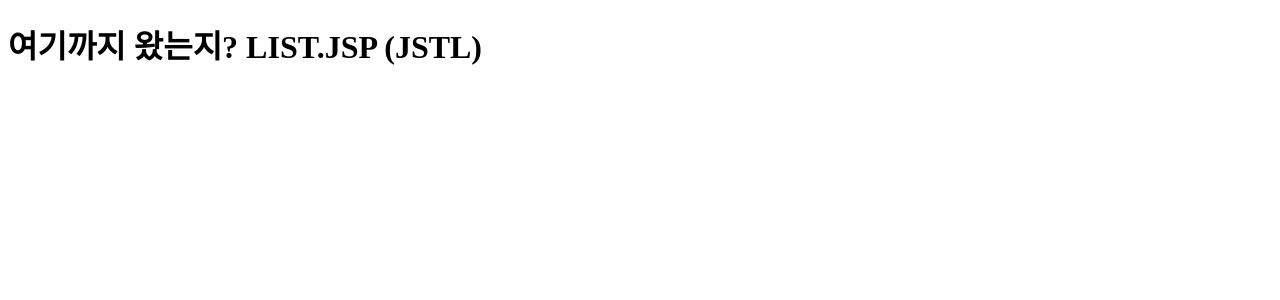
Repository: kvmhyvmvn/Study_JspServlet
Page: http://localhost/05.Mybatis/jstl/list.jsp
An editor plug-in stored every save of this project. The page is shown before and after the next save, followed by the edit.
The browser window is 1280 px wide. The pictures show the whole page.
The page is served by Tomcat 9. Other server files are loaded and not shown.

Above is the page before, as saved 2023-05-23 01:30:03.

### WorkSpace/05.Mybatis/src/main/webapp/jstl/list.jsp
<%@ page language="java" contentType="text/html; charset=UTF-8"
    pageEncoding="UTF-8"%>
<!DOCTYPE html>
<html>
<head>
<meta charset="UTF-8">
<title>Insert title here</title>
</head>
<body>
	<h1>여기까지 왔는지? LIST.JSP (JSTL)</h1>
</body>
</html>

After the next save:
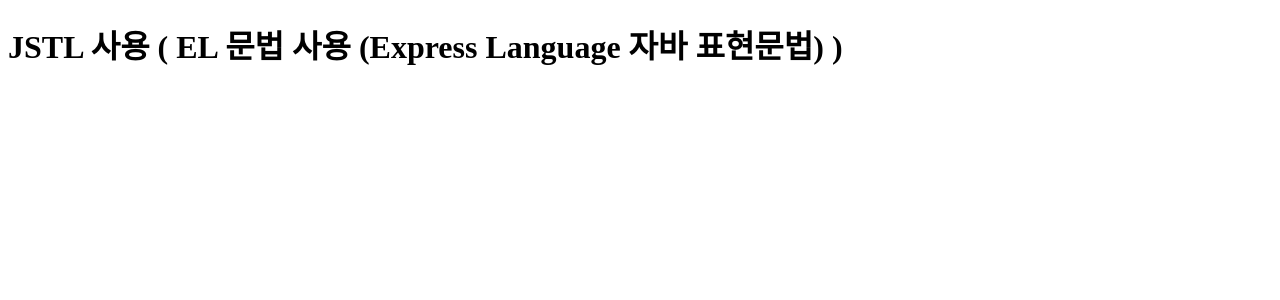
Saved 104 s later.
--- a/WorkSpace/05.Mybatis/src/main/webapp/jstl/list.jsp
+++ b/WorkSpace/05.Mybatis/src/main/webapp/jstl/list.jsp
@@ -7,6 +7,6 @@
 <title>Insert title here</title>
 </head>
 <body>
-	<h1>여기까지 왔는지? LIST.JSP (JSTL)</h1>
+	<h1>JSTL 사용 ( EL 문법 사용 (Express Language 자바 표현문법) )</h1>
 </body>
 </html>
